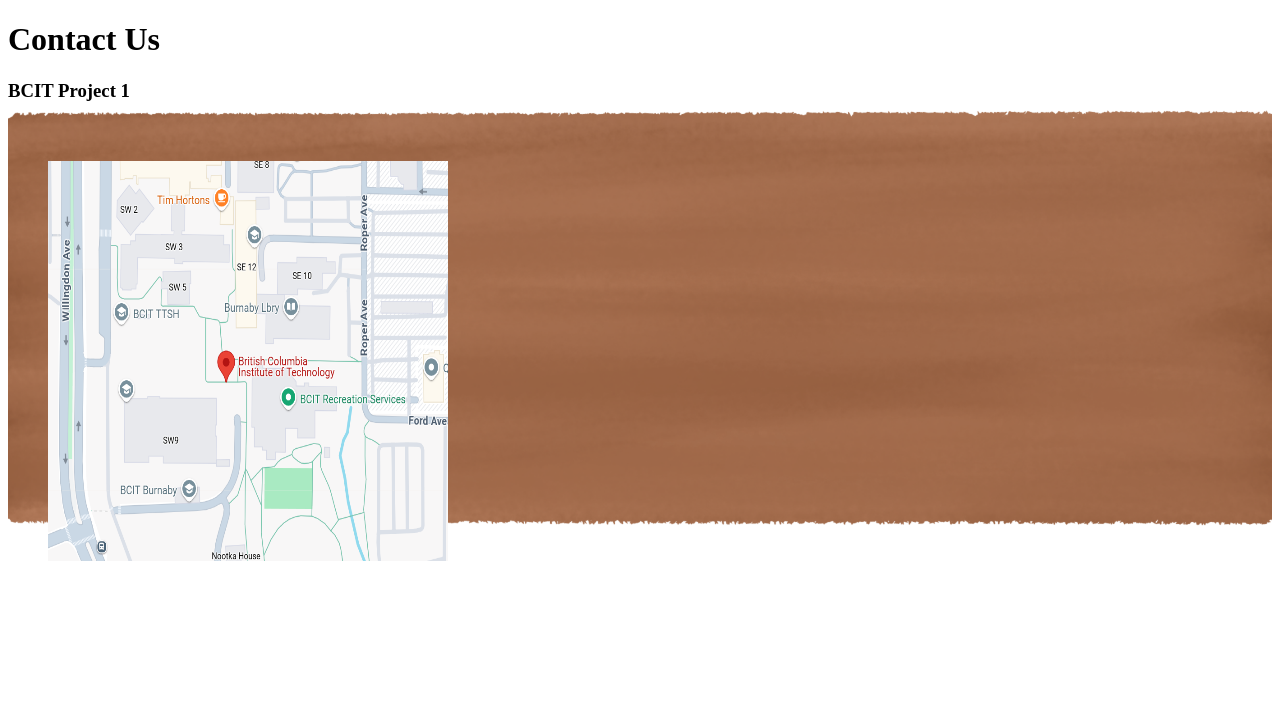
Repository: AlyssaHug/Bandit-Breakout
Page: index.html
The author's editor kept a copy of each file at every save. The page is drawn from the files as they stood at one save, then again after a run of saves.
The browser window is 1280 px wide. The pictures show the whole page.
Some web fonts or font styles are not loaded; a fallback is used.

Above is the page before, as saved 2025-05-06 22:47:18.

### index.html
<!DOCTYPE html>
<html lang="en">
    <head>
        <meta charset="UTF-8" />
        <meta
            name="viewport"
            content="width=device-width, initial-scale=1.0" />
        <link
            rel="stylesheet"
            href="styles.css" />
        <title>Bandit Breakout</title>
    </head>
    <body>
        <header></header>
        <main>
            <div class="download-now"></div>
            <div class="Contact-us-apps"></div>
        </main>
        <footer>
            <div class="Contact-us">
                <h1>Contact Us</h1>
                <h3>BCIT Project 1</h3>
                <img
                    class="bcit-map"
                    src="img/BCIT.png"
                    alt="BCIT Map" />
            </div>
        </footer>
    </body>
</html>

### styles.css
@import url("https://fonts.googleapis.com/css2?family=Wellfleet&display=swap");

@font-face {
    font-family: "Western Bang Bang";
    src: url("fonts/WesternBangBang.ttf") format("truetype");
    font-weight: normal;
    font-style: normal;
}

:root {
    /* Font Families */
    --font-western: "Western Bang Bang", sans-serif;
    --font-wellfleet: "Wellfleet", serif;

    /* Font Sizes */
    --font-size-h1: 48px;
    --font-size-h2: 36px;
    --font-size-h3: 32px;
    --font-size-h4: 24px;
    --font-size-body: 14px;
    --font-size-caption: 11px;
}
.bcit-map {
    width: 400px;
    height: 400px;
    padding: 40px;
}
footer {
    background-image: url("img/board.png");
    background-size: cover;
    background-repeat: no-repeat;
    background-position: center;
    min-height: 500px;
    height: 400%;
    width: 100%;
    margin: 0;
    padding: 0;
}

After the next 2 saves:
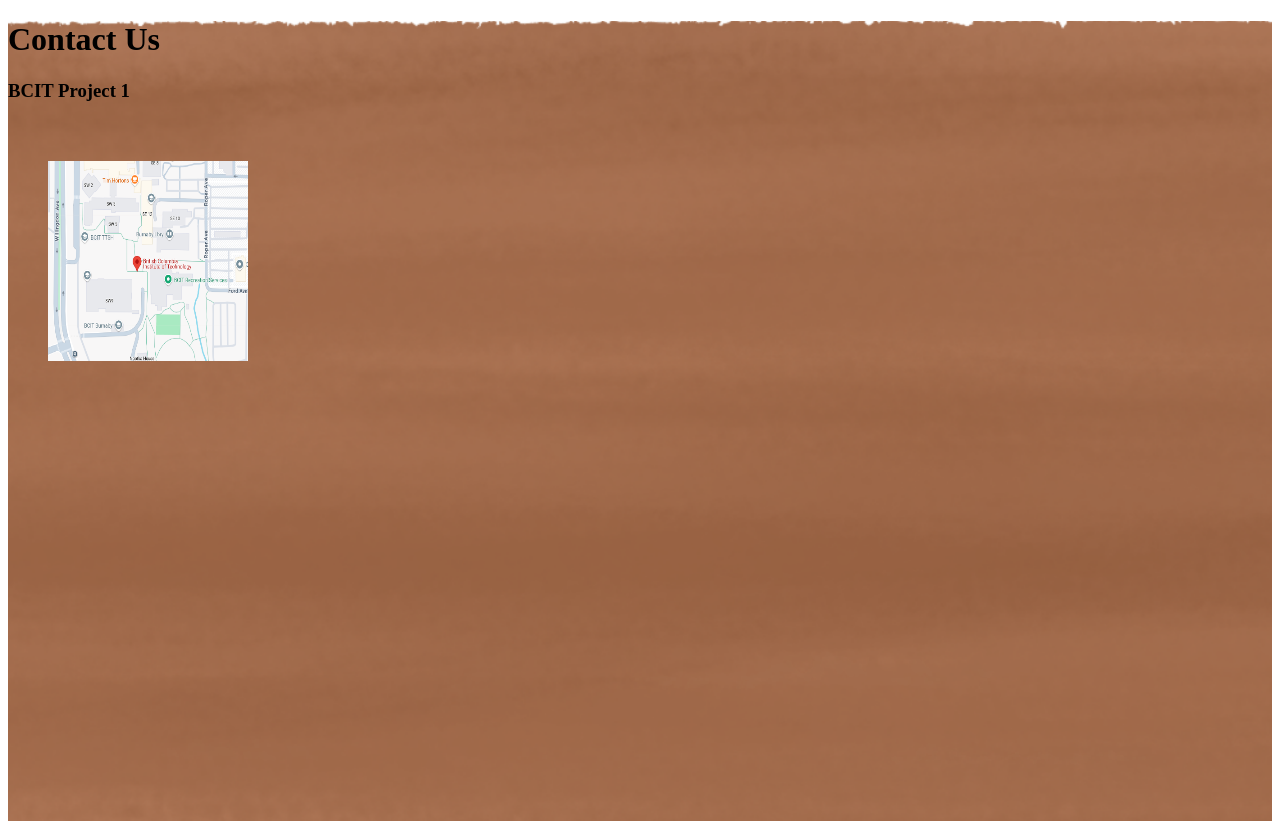
The 2 saves are shown as one change because they came seconds apart.
The last was saved 15 s later.
--- a/styles.css
+++ b/styles.css
@@ -21,17 +21,17 @@
     --font-size-caption: 11px;
 }
 .bcit-map {
-    width: 400px;
-    height: 400px;
+    width: 200px;
+    height: 200px;
     padding: 40px;
 }
 footer {
     background-image: url("img/board.png");
-    background-size: cover;
+    background-size: 200% auto;
     background-repeat: no-repeat;
     background-position: center;
     min-height: 500px;
-    height: 400%;
+    height: 800px;
     width: 100%;
     margin: 0;
     padding: 0;
